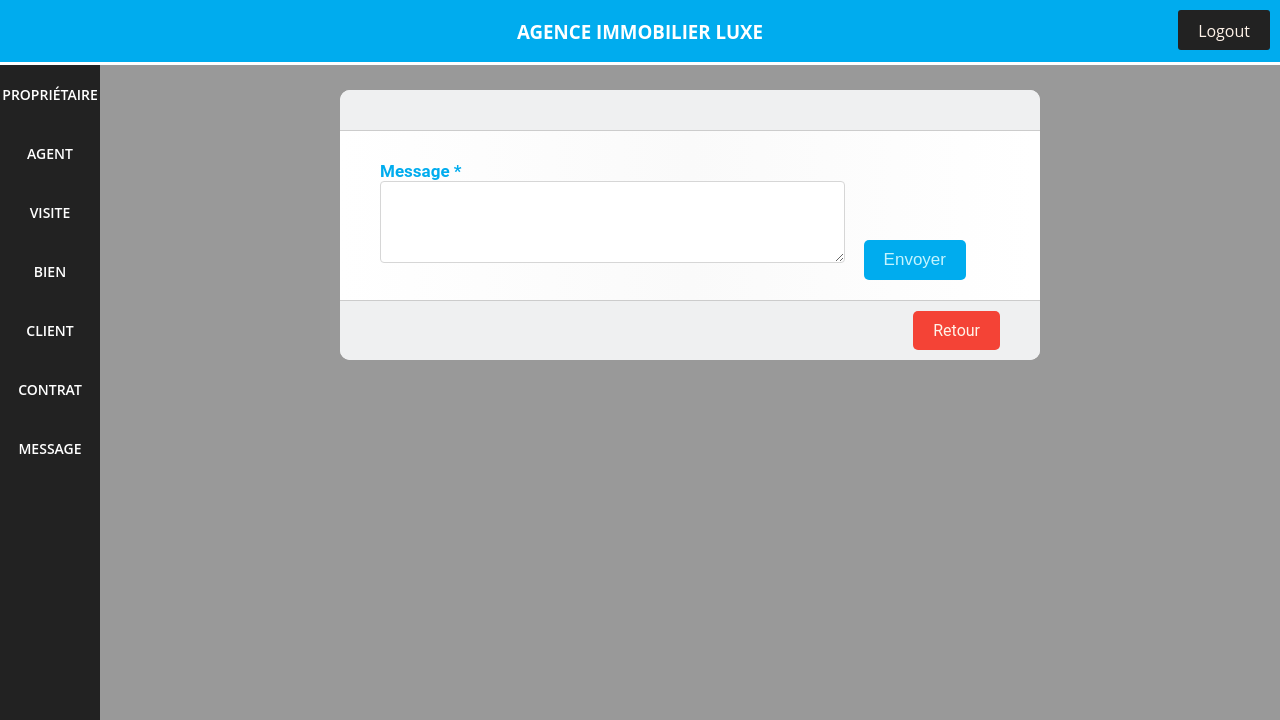
Repository: hassen-mnejja/Real_Estate_Agency_Website
Page: http://localhost/backoffice/WEB-INF/conversation.jsp
These files come from the project's save history. The page is drawn as it stood at one moment and after the next save; the edit follows.
The browser window is 1280 px wide. The pictures show the whole page.
Some icons come from a web library that is not loaded, so they are not drawn. The page is served by Tomcat 9. Nobody is signed in. Other server files are loaded and not shown. The template is opened directly, without the code that normally fills it, so the values that code supplies are empty.

Above is the page before, as saved 2020-06-24 14:43:04.

### backoffice/WebContent/WEB-INF/conversation.jsp
<%@ page language="java" contentType="text/html; charset=UTF-8" pageEncoding="UTF-8"%>
<%@ taglib uri="http://java.sun.com/jsp/jstl/core" prefix="c"%>
<!DOCTYPE html>
<html>
<head>
<title>${client.nom} ${client.prenom}</title>
<link rel="stylesheet" type="text/css" href="../Style/MonStyle.css">
<link rel="icon" href="../Images/icon4.ico" />
<script src="../JS/1351.js"></script>
<script src="../JS/jquery-3.4.1.js"></script>
<style>
.my-form {
	width: 700px;
	margin-bottom: 100px;
}

body {
  margin: 0 auto;
  max-width: 800px;
  padding: 0 20px;
}

.container {
  border: 2px solid #dedede;
  background-color: #f1f1f1;
  border-radius: 5px;
  padding: 10px;
  margin: 10px 0;
}

.darker {
  border-color: #ccc;
  background-color: #ddd;
}

.container::after {
  content: "";
  clear: both;
  display: table;
}

.container img {
  float: left;
  max-width: 60px;
  width: 100%;
  margin-right: 20px;
  border-radius: 50%;
}

.container img.right {
  float: right;
  margin-left: 20px;
  margin-right:0;
}

.time-right {
  float: right;
  color: #aaa;
}

.time-left {
  float: left;
  color: #999;
}
</style>
</head>
<body>
<body>

	<!-- navbar -->
	<div id="nav-placeholder"></div>

	<!-- contenu -->
	<div id="contenu">
		<form class="my-form" action="ecriremessage" method="post">

			<!-- form header -->
			<div class="form-header">
				<h1>${client.nom} ${client.prenom}</h1>
			</div>

			<!-- form body -->
			<div class="form-body">

				<!-- client et bien -->
				<div class="horizontal-group">
					<div class="form-group left" style="width:75%">
						<label for="adress" class="label-title">Message *</label>
						<textarea class="form-input" name="message" rows="4" cols="50" style="height: auto" required="required"></textarea>
					</div>
					<input type="hidden" name="idclient" value="${client.idClient }">
					<input type="hidden" id="temps" class="form-input" name="temps" />
					<div class="form-group right" style="width:22%">
						<svg style="width:400px; height:75px">
 							 <rect width="300" height="70" style="fill:rgba(0,0,0,0);" />
						</svg>
						<button type="submit" class="btn">Envoyer</button>
					</div>
				</div>

				<c:forEach var="message" items="${listemessage}">
					<c:if test="${message.idEnv==0}">
					<div class="horizontal-group">
					<div class="form-group left" style="width:100%">
						<div class="container">
  							<img src="../Images/Client/0/0-1.jpg" alt="Avatar" style="width:100%;">
  							<p>${message.mess}</p>
  							<span class="time-right">${message.temps}</span>
						</div>
						</div>
						</div>
					</c:if>
					<c:if test="${message.idRec==0}">
					<div class="horizontal-group">
					<div class="form-group left" style="width:100%">
						<div class="container darker">
  							<img src="../Images/Client/${client.idClient}/${client.idClient}-1.jpg" alt="Avatar" class="right" style="width:100%;">
  							<p>${message.mess}</p>
  							<span class="time-left">${message.temps}</span>
						</div>
						</div>
						</div>
					</c:if>
				</c:forEach>

			</div>
			<!-- form-footer -->
			<div class="form-footer">
				<div >
					<a href="/backoffice/prive/cherchercontrat">Retour</a>
				</div>
			</div>

		</form>

	</div>


	<!-- JavaScript -->
	<script>
		$(function() {
			$("#nav-placeholder").load("../navbar.html");
		});
		window.addEventListener('load', () => {
			  const now = new Date();
			  now.setMinutes(now.getMinutes() - now.getTimezoneOffset());
			  document.getElementById('temps').value = now.toISOString().slice(0, -8);
			});
	</script>
</body>
</html>

### backoffice/WebContent/Style/MonStyle.css
@charset "ISO-8859-1";
.aa:hover {
	background-color: rgba(0, 0, 0, 0);
	color: #4088a3;
}

.aa:link, .aa:visited {
	background-color: rgba(0, 0, 0, 0);
	color: #666;
	text-decoration: none;
	display: inline-block;
	border: none;
	padding: 0px 0px;
}

.nav {
	position: fixed;
	top: 60px;
	left: 0px;
	width: 100px;
	height: 100%;
	background: #222;
	z-index: 2;
}

.contenu {
	position: fixed;
	top: 60px;
	left: 100px;
	width: 100%;
	height: 100%;
	background: #999;
	z-index: 2;
}

.header {
	position: fixed;
	left: 0;
	right: 0;
	z-index: 1002;
	min-height: 60px;
	padding: 0 15px;
	background: #00acee;
	border-bottom: 3px solid white;
}

#contenu {
	position: fixed;
	top: 60px;
	left: 100px;
	width: calc(100% - 100px);
	height: 100%;
	background: #999;
	z-index: 1;
	margin-left: auto;
	margin-right: auto;
	transition: all 500ms linear;
	overflow-y: auto;
}

#contenu.active {
	left: 0px;
	width: 100%;
}

#nav {
	left: 0px;
	transition: all 500ms linear;
}

#nav.active {
	left: -100px;
}

.nav span {
	display: block;
	font-size: 14px;
	color: #fff;
	font-weight: 600;
	text-transform: uppercase;
	margin-top: 10px;
}

.fi {
	font-size: 25px;
	color: #eee;
}

.toggle {
	position: fixed;
	font-size: 25px;
	color: #222;
	top: 15px;
	left: 40px;
	cursor: pointer;
}

.nav .nav-item {
	position: relative;
	width: 100%;
	text-align: center;
}

.nav .main-item, .nav .sub-item {
	padding: 15px 0px;
	background: #222;
}

.nav .nav-item .sub-items {
	position: absolute;
	top: 0px;
	left: -300px;
	width: max-content;
	z-index: -1;
	transition: all 300ms ease-in-out;
}

.nav .sub-items .sub-item {
	float: left;
	width: 100px;
}

.nav .main-item:hover, .nav .sub-item:hover {
	background: #00acee;
	cursor: pointer;
}

.nav .nav-item:hover .sub-items {
	left: 102px;
}

#elements {
	font-family: "Trebuchet MS", Arial, Helvetica, sans-serif;
	border-collapse: collapse;
	width: 100%;
	border: 1px solid #d6d6d6;
	border-radius: 3px 3px 3px 3px;
}

#elements td, #elements th {
	border: 1px solid #ddd;
	padding: 8px;
}

#elements tr:nth-child(even) {
	background-color: white;
}

#elements tr:nth-child(odd) {
	background-color: #eff0f1;
}

#elements tr:hover {
	background-color: #ddd;
}

#elements th {
	padding-top: 12px;
	padding-bottom: 12px;
	text-align: left;
	background-color: white;
	color: gray;
}

@import url('https://fonts.googleapis.com/css?family=Roboto');

/*---------------------------------------*/
/* Register Form */
/*---------------------------------------*/
body {
	margin: 0px;
	font-family: "Open Sans", sans-serif;
}

a:link, a:visited {
	background-color: #f44336;
	color: #fff3e9;
	padding: 10px 20px;
	text-align: center;
	text-decoration: none;
	display: inline-block;
	border: none;
	border-radius: 5px;
}

a:hover, a:active {
	background-color: #fa3c39;
	color: white;
}

.my-form {
	font-family: "Roboto", sans-serif;
	background: linear-gradient(to right, #ffffff 0%, #fafafa 50%, #ffffff 99%);
	border-radius: 10px;
	margin: 30px auto;
	width: 650px;
}

/*---------------------------------------*/
/* Form Header */
/*---------------------------------------*/
.form-header {
	background-color: #EFF0F1;
	border-top-left-radius: 10px;
	border-top-right-radius: 10px;
}

.form-header h1 {
	font-size: 30px;
	text-align: center;
	color: #666;
	padding: 20px 0;
	border-bottom: 1px solid #cccccc;
}

/*---------------------------------------*/
/* Form Body */
/*---------------------------------------*/
.form-body {
	padding: 10px 40px;
	color: #666;
}

.form-group {
	margin-bottom: 20px;
}

.form-body .label-title {
	color: #00acee;
	font-size: 17px;
	font-weight: bold;
}

.form-body .form-input {
	font-size: 17px;
	box-sizing: border-box;
	width: 100%;
	height: 34px;
	padding-left: 10px;
	padding-right: 10px;
	color: #333333;
	text-align: left;
	border: 1px solid #d6d6d6;
	border-radius: 4px;
	background: white;
	outline: none;
}

.horizontal-group .left {
	float: left;
	width: 49%;
}

.horizontal-group .right {
	float: right;
	width: 49%;
}

/*---------------------------------------*/
/* Form Footer */
/*---------------------------------------*/
.my-form .form-footer {
	background-color: #EFF0F1;
	border-bottom-left-radius: 10px;
	border-bottom-right-radius: 10px;
	padding: 10px 40px;
	text-align: right;
	border-top: 1px solid #cccccc;
	clear: both;
}

.form-footer span {
	float: left;
	margin-top: 10px;
	color: #999;
	font-style: italic;
	font-weight: thin;
}

.btn {
	display: inline-block;
	padding: 10px 20px;
	background-color: #00acee;
	font-size: 17px;
	border: none;
	border-radius: 5px;
	color: #c3f4ff;
	cursor: pointer;
}

.btn:hover {
	background-color: #11addd;
	color: white;
}

a.log {
	position: fixed;
	float: left;
	background: #222;
	border-radius: 3px 3px 3px 3px;
	height: 20px;
	top: 10px;
	right: 10px;
}

.title {
	color: white;
	text-align: center;
	cursor: pointer;
}

### backoffice/WebContent/navbar.html
<script src="JS/1351.js"></script>
<header class="header black-bg">
	<i class="fas fa-bars toggle" onclick="toggle()" id="b"></i>
	<h3 class="title" onclick="window.location.href = '/backoffice/prive/home';">AGENCE IMMOBILIER LUXE</h3>
	<a class="log" href="/backoffice/logout" id="discon">Logout</a>
</header>
<div class="nav" id="nav" style="display: block">
	<div class="nav-item">
		<div class="main-item">
			<i class="fad fa-house-user fi"></i> <span>Propriétaire</span>
		</div>
		<div class="sub-items">
			<div class="sub-item" onclick="window.location.href = '/backoffice/prive/ajouterprop';">
				<i class="fad fa-user-plus fi"></i> <span>Ajouter</span>
			</div>
			<div class="sub-item" onclick="window.location.href = '/backoffice/prive/chercherprop';">
				<i class="fad fa-search fi"></i> <span>Chercher</span>
			</div>
		</div>
	</div>
	<div class="nav-item">
		<div class="main-item">
			<i class="fad fa-user-headset fi"></i> <span>Agent</span>
		</div>
		<div class="sub-items">
			<div class="sub-item" onclick="window.location.href = '/backoffice/prive/ajouteragent';">
				<i class="fad fa-user-plus fi"></i> <span>Ajouter</span>
			</div>
			<div class="sub-item" onclick="window.location.href = '/backoffice/prive/chercheragent';">
				<i class="fad fa-search fi"></i> <span>Chercher</span>
			</div>
		</div>
	</div>
	<div class="nav-item">
		<div class="main-item">
			<i class="fad fa-house-return fi"></i> <span>Visite</span>
		</div>
		<div class="sub-items">
			<div class="sub-item" onclick="window.location.href = '/backoffice/prive/ajoutervisite';">
				<i class="fad fa-calendar-plus fi"></i> <span>Programmer</span>
			</div>
			<div class="sub-item" onclick="window.location.href = '/backoffice/prive/cherchervisite';">
				<i class="fad fa-search fi"></i> <span>Chercher</span>
			</div>
		</div>
	</div>
	<div class="nav-item">
		<div class="main-item">
			<i class="fad fa-house fi"></i> <span>Bien</span>
		</div>
		<div class="sub-items">
			<div class="sub-item" onclick="window.location.href = '/backoffice/prive/ajouterbien';">
				<i class="fad fa-plus fi"></i> <span>Ajouter</span>
			</div>
			<div class="sub-item" onclick="window.location.href = '/backoffice/prive/chercherbien';">
				<i class="fad fa-search fi"></i> <span>Chercher</span>
			</div>
		</div>
	</div>
	<div class="nav-item">
		<div class="main-item">
			<i class="fad fa-user fi"></i> <span>client</span>
		</div>
		<div class="sub-items">
			<div class="sub-item" onclick="window.location.href = '/backoffice/prive/ajouterclient';">
				<i class="fad fa-user-plus fi"></i> <span>Ajouter</span>
			</div>
			<div class="sub-item" onclick="window.location.href = '/backoffice/prive/chercherclient';">
				<i class="fad fa-search fi"></i> <span>Chercher</span>
			</div>
		</div>
	</div>
	<div class="nav-item">
		<div class="main-item">
			<i class="fad fa-file fi"></i> <span>contrat</span>
		</div>
		<div class="sub-items">
			<div class="sub-item" onclick="window.location.href = '/backoffice/prive/ajoutercontrat';">
				<i class="fad fa-file-plus fi"></i> <span>Ajouter</span>
			</div>
			<div class="sub-item" onclick="window.location.href = '/backoffice/prive/cherchercontrat';">
				<i class="fad fa-file-search fi"></i> <span>Chercher</span>
			</div>
		</div>
	</div>
	<div class="nav-item">
		<div class="main-item">
			<i class="fad fa-comments-alt fi"></i> <span>Message</span>
		</div>
		<div class="sub-items">
			<div class="sub-item" onclick="window.location.href = '/backoffice/prive/ecriremessage';">
				<i class="fad fa-comment-alt-plus fi"></i> <span>Ajouter</span>
			</div>
			<div class="sub-item" onclick="window.location.href = '/backoffice/prive/boitemessage';">
				<i class="fad fa-inbox fi"></i> <span>Chercher</span>
			</div>
		</div>
	</div>
</div>
<script>
	function toggle() {
		document.getElementById("nav").classList.toggle('active');
		document.getElementById("contenu").classList.toggle('active');
	}
</script>

Loaded but not shown: backoffice/WebContent/JS/1351.js (library); backoffice/WebContent/JS/jquery-3.4.1.js (library)

After the next save:
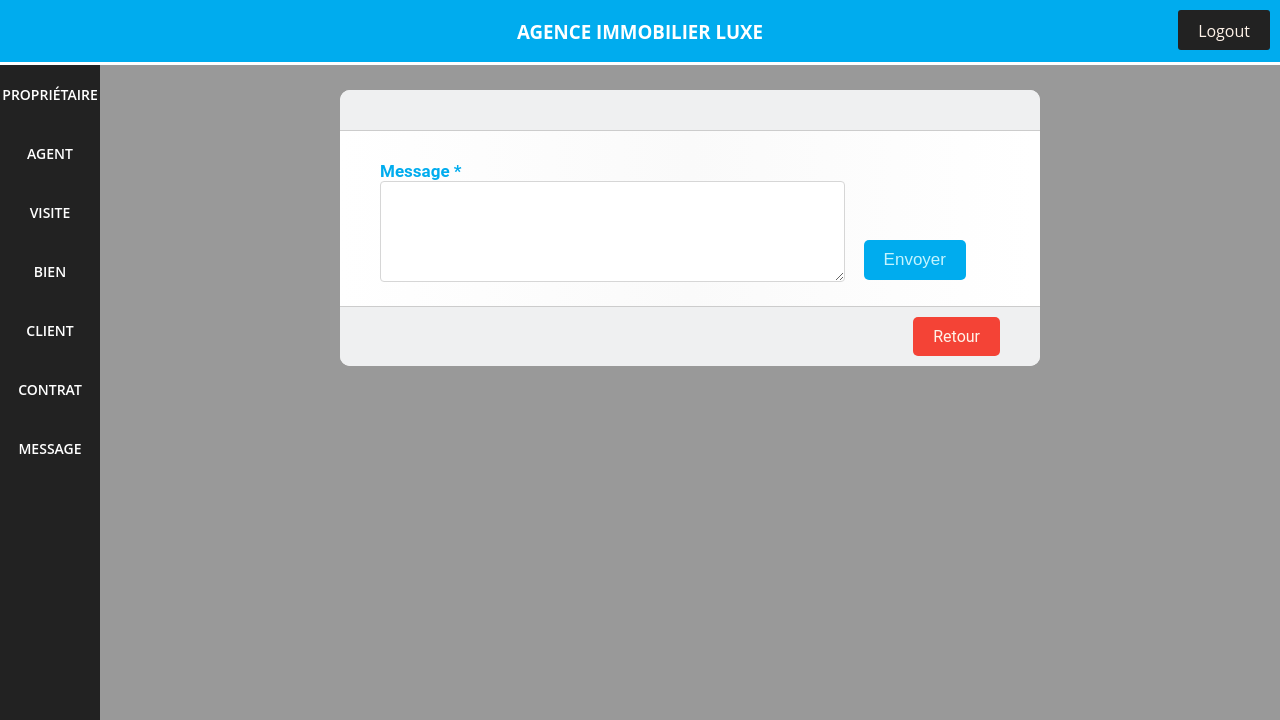
Saved 6 s later.
--- a/backoffice/WebContent/WEB-INF/conversation.jsp
+++ b/backoffice/WebContent/WEB-INF/conversation.jsp
@@ -86,7 +86,7 @@ body {
 				<div class="horizontal-group">
 					<div class="form-group left" style="width:75%">
 						<label for="adress" class="label-title">Message *</label>
-						<textarea class="form-input" name="message" rows="4" cols="50" style="height: auto" required="required"></textarea>
+						<textarea class="form-input" name="message" rows="5" cols="50" style="height: auto" required="required"></textarea>
 					</div>
 					<input type="hidden" name="idclient" value="${client.idClient }">
 					<input type="hidden" id="temps" class="form-input" name="temps" />
